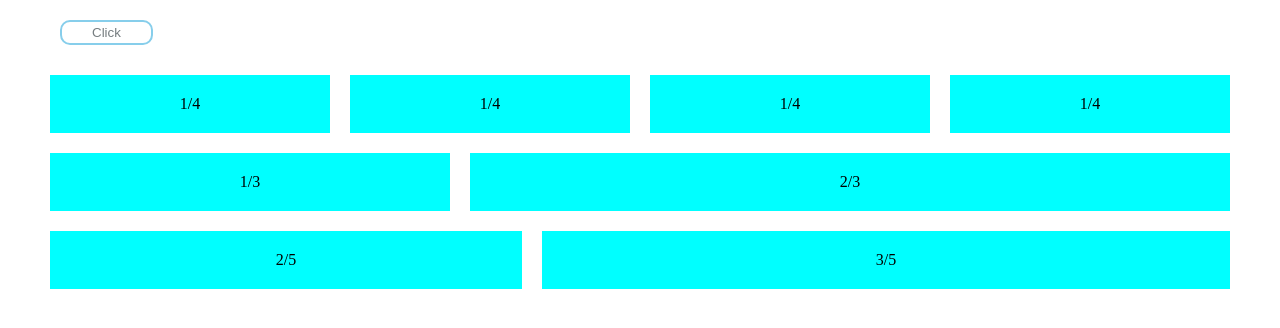
Repository: Fredy452/202306_css
Page: Opcional/Css_Library/index.html
The author's editor kept a copy of each file at every save. The page is drawn from the files as they stood at one save, then again after the next save.
The browser window is 1280 px wide. The pictures show the whole page.

Above is the page before, as saved 2023-06-23 13:06:20.

### Opcional/Css_Library/index.html
<!DOCTYPE html>
<html lang="en">
<head>
    <meta charset="UTF-8">
    <meta name="viewport" content="width=device-width, initial-scale=1.0">
    <title>Library Css</title>
    <link rel="stylesheet" href="css/dojo.css">
</head>
<body>
    <div class="container">
        <button class="btn">Click</button>

        <div class="row">
            <div class="col">1/4</div>
            <div class="col">1/4</div>
            <div class="col">1/4</div>
            <div class="col">1/4</div>
        </div>
        <div class="row">
            <div class="col">1/3</div>
            <div class="col-2">2/3</div>
        </div>
        <div class="row">
            <div class="col-2">2/5</div>
            <div class="col-3">3/5</div>
        </div>
    </div>
</body>
</html>

### Opcional/Css_Library/css/dojo.css
/* CSS reset */
* {
    margin: 0;
    padding: 0;
    box-sizing: border-box;
}

/* Clase fixed-width container que se "autocentrará" a sí misma */
.container {
    width: 1200px;
    margin: 0 auto;
}

.btn{
    background-color:white;
    padding: 3px 30px;
    border-radius: 10px;
    border-color: aqua;
    border:none;
    border: 2px solid skyblue;
    color: rgb(118, 125, 128);
    margin: 20px;
}
.btn:hover{
    border: none;
    background-color: skyblue;
}

.row{
    display: flex;

}
.col{
    background-color: aqua;
    padding: 20px;
    margin: 10px;
    flex: 1;
    text-align: center;
}
.col-2{
    background-color: aqua;
    padding: 20px;
    margin: 10px;
    flex: 2;
    text-align: center;
}
.col-3{
    background-color: aqua;
    padding: 20px;
    margin: 10px;
    flex: 3;
    text-align: center;
}

After the next save:
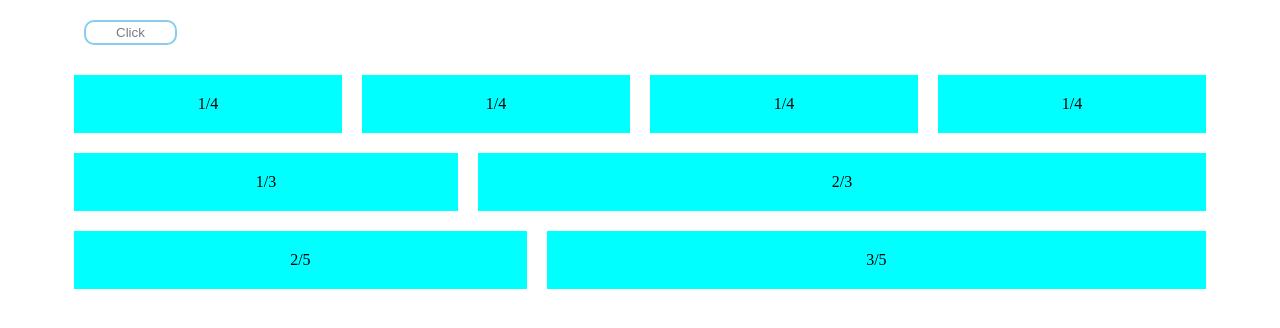
Saved 11 s later.
--- a/Opcional/Css_Library/css/dojo.css
+++ b/Opcional/Css_Library/css/dojo.css
@@ -7,7 +7,7 @@
 
 /* Clase fixed-width container que se "autocentrará" a sí misma */
 .container {
-    width: 1200px;
+    width: 90%;
     margin: 0 auto;
 }
 
